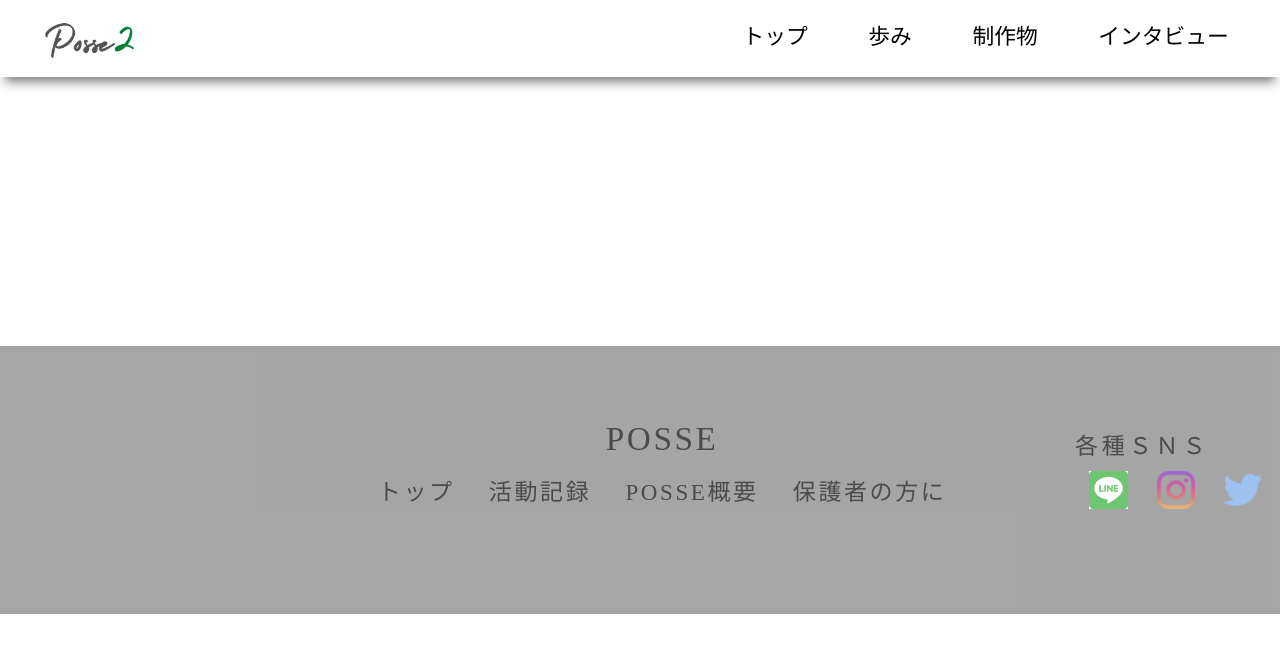
Repository: posse-ap/posse2-hackathon-202202-team2A
Page: topPage/index.html
These files come from the project's save history. The page is drawn as it stood at one moment and after the next save; the edit follows.
The browser window is 1280 px wide. The pictures show the whole page.

Above is the page before, as saved 2022-02-15 02:39:27.

### topPage/index.html
<!DOCTYPE html>
<html lang="en">

<head>
    <meta charset="UTF-8" />
    <meta http-equiv="X-UA-Compatible" content="IE=edge" />
    <meta name="viewport" content="width=device-width, initial-scale=1.0" />
    <title>Document</title>
    <link rel="stylesheet" href="/reset.css" />
    <link rel="stylesheet" href="/topPage/style.css" />
</head>

<body>
    <!-- <header id="header" class="header">
        <div class="header_content">
            <div class="header_title">
                <img src="/topPage images/S__31211608.jpg" alt="" class="header_title_img">
            </div>
            <div class="header_links">
                <ul>
                    <li><a href="">トップページ</a></li>
                    <li><a href="">活動記録</a></li>
                    <li><a href="">日常の記録</a></li>
                    <li><a href="">保護者の方へ</a></li>
                </ul>
            </div>
        </div>
    </header> -->

    <header id="header" class="header">
        <div class="header_content">
            <div class="header_title">
                <img src="/topPage images/S__31211608.jpg" alt="" class="header_title_img">
            </div>
            <!-- ①サイトタイトル -->
            <div class="nav-wrapper header_links">
                <!-- ②ナビゲーションメニュー -->
                <nav class="header-nav">
                    <ul class="nav-list">
                        <li class="nav-item">
                            <a href="">トップ</a>
                        </li>
                        <li class="nav-item">
                            <a href="">歩み</a>
                        </li>
                        <li class="nav-item">
                            <a href="">制作物</a>
                        </li>
                        <li class="nav-item">
                            <a href="">インタビュー</a>
                        </li>
                    </ul>
                </nav>
            </div>
            <button class="burger-btn">
                <!-- ③ハンバーガーボタン -->
                <span class="bar bar_top"></span>
                <span class="bar bar_mid"></span>
                <span class="bar bar_bottom"></span>
            </button>
        </div>
    </header>



    <footer class="footer">
        <div class='footer_box'>
            <div class="footer_box1">
                <div class='footer_official_box'>
                    <label for="logo"><p>POSSE</p></label>
                    <!-- <a id='logo'  href="https://posse.anti-pattern.co.jp/"><img class='posse_logo_footer' src="img\posseLogo.png" alt="ポッセロゴ"></a> -->
                </div>
                <div class='footer_other_box'>
                    <div class='footer_page_in_site'>
                        <a href="">トップ</a>
                        <a href="">活動記録</a>
                        <a href="">POSSE概要</a>
                        <a href="">保護者の方に</a>
                    </div>
                </div>
            </div>
            <div class='SNS'>
                <p>各種ＳＮＳ</p>
                <div class='SNS_box'>
                    <a href=""><img src="/topPage images/LINE.png" alt=""></a>
                    <a href="https://instagram.com/posse_programming?utm_medium=copy_link"><img src="/topPage images/instagram2.png" alt="instagram"></a>
                    <a href="https://twitter.com/posse_program?s=20"><img src="/topPage images/twitter2.png" alt="twitter"></a>
                </div>
            </div>
        </div>
    </footer>

    <script src="https://ajax.googleapis.com/ajax/libs/jquery/3.6.0/jquery.min.js"></script>
    <script src="/topPage/script.js"></script>
</body>

</html>

### topPage/style.css
html {
    font-size: 1vw;
}

body {
    text-align: center;
    margin: 0 auto;
    font-family: "ヒラギノ丸ゴ Pro W4", "ヒラギノ丸ゴ Pro", "Hiragino Maru Gothic Pro", "ヒラギノ角ゴ Pro W3", "Hiragino Kaku Gothic Pro", "HG丸ｺﾞｼｯｸM-PRO", "HGMaruGothicMPRO";
}

.header_content {
    width: 95%;
    height: 90%;
    display: flex;
    justify-content: space-between;
    opacity: 1;
    margin: 0 6rem 0.3rem 1rem;
}

.header_title {
    display: flex;
}

.header_title_img {
    display: block;
    width: 12rem;
    height: 4rem;
    opacity: 1;
}



.header_links {
    width: 40%;
    padding: 1rem 0 0 0;
}

.header_links ul {
    display: flex;
    justify-content: space-between;
}

.header_links li a {
    display: block;
    color: black;
    text-decoration: none;
    font-size: 1.7rem;
}

.header_links li a:hover {
    opacity: 0.4;
    transform: translate(0, -5px);
}


.header {
    width: 100%;
    height: 6rem;
    background: white;
    position: fixed;
    top: 0;
    left: 0;
    padding-top: 1.1rem;
    box-sizing: border-box;
    z-index: 5;
    box-shadow: 0px 10px 10px -5px rgba(0, 0, 0, 0.5);
}

.SNS_box{
    width: 150%;
}


/* -------------------- */
/* header
  /* -------------------- */
/* .header {
    align-items: center;
    background-color: #1b1310;
    border-bottom: 1px solid #fff;
    color: #fff;
    display: flex;
    height: 74px;
    justify-content: space-between;
    padding: 0 120px;
} */

/* .nav-list {

    display: flex;
} */

/* .nav-item {

    margin-right: 55px;
} */

.burger-btn {
    display: none;
}

/* ------------------ */
/* fv
  /* ------------------ */
.fv {
    align-items: center;
    background-color: #141414;
    background-image: url(../img/fv-bgi@2x.jpg);
    background-position: center;
    background-size: cover;
    display: flex;
    flex-direction: column;
    height: 90vh;
    justify-content: center;
}

/* .main-copy {
    border: 2px solid #fff;
    color: #fff;
    font-size: 50px;
    font-weight: bold;
    padding: 34px 42px;
} */

/* ------------------ */
/* about
  /* ------------------ */
.section-title {
    font-size: 36px;
    font-weight: bold;
    letter-spacing: .05em;
    margin-bottom: 70px;
    text-align: center;
}

h3 {
    font-size: 2.4rem;
    font-weight: bold;
    letter-spacing: .1em;
    line-height: 2;
    margin-bottom: 40px;
}

.section-wrapper {
    padding: 100px 10% 50px;
}

@media screen and (min-width:541px) and (max-width:1024px) {
    .header{
        height: 10rem;
    }

    .header_content{
        padding-top: 2rem;
    }

    .header_title_img{
        width: 100%;
        height: 70%;
    }

    .header_links li a{
        font-size: 2.7rem;
        margin-top: 0;
    }

    .header_links{
        width: 50%;
    }
}

@media screen and (max-width:540px) {

    /* ----------------------- */
    /* base_sp
    /* ----------------------- */
    /* デフォルトのbuttonスタイルをリセット */
    button {
        -webkit-appearance: none;
        -moz-appearance: none;
        appearance: none;
        background: transparent;
        border: 0;
        border-radius: 0;
        color: inherit;
        cursor: pointer;
        font: inherit;
        margin: 0;
        outline: none;
        padding: 0;
        vertical-align: middle;
    }

    /* ------------------ */
    /* humberger-menu */
    /* ------------------ */
    .header {
        padding: 0;
        height: 15rem;
    }

    .header_title_img{
        margin-top: 2rem;
        width: 30rem;
        height: 10rem;
    }

    /* 以下、ハンバーガーボタン */
    .burger-btn {
        display: block;
        height: 22%;
        position: relative;
        width: 20%;
        z-index: 3;
        /* codepenの挙動のため */
        background-color: transparent;
        border: none;
        margin-top: 6rem;
    }



    .bar {
        background-color: black;
        display: block;
        height: 0.1rem;
        left: 50%;
        position: absolute;
        transform: translateX(-50%);
        width: 7rem;
    }

    .bar_top {
        top: 3rem;
    }

    .bar_mid {
        top: 50%;
        transform: translate(-50%, -50%);
    }

    .bar_bottom {
        bottom: 3rem;
    }

    .burger-btn.close{
        margin-top: 8.4rem;
    }

    .burger-btn.close .bar_top {
        transform: translate(-50%,-4.3rem) rotate(45deg);
        transition: transform .3s;
    }

    .burger-btn.close .bar_mid {
        opacity: 0;
        transition: opacity .3s;
    }

    .burger-btn.close .bar_bottom {
        transform: translate(-50%, -1rem) rotate(-45deg);
        transition: transform .3s;
    }

    /* スクロール制御 */
    .noscroll {
        overflow: hidden;
    }

    /* 以下、ハンバーガーメニュー */
    .nav-wrapper {
        visibility: hidden;
        height: 100vh;
        left: 0;
        position: fixed;
        top: 0;
        width: 100vw;
        opacity: 0;
        transition: opacity .5s;
        z-index: 2;
        /*キービジュアルと.btn_triggerとの重なりの前後関係を調整*/
    }

    .header-nav {
        background-color: white;
        height: 100%;
        width: 100%;
        z-index: 2;
    }

    .header_links ul{
        display: block;
    }

    .nav-list {
        display: block;
        left: 50%;
        position: absolute;
        text-align: center;
        top: 50%;
        transform: translate(-50%, -50%);
    }

    .nav-item {
        margin-bottom: 40px;
        margin-right: 0;
    }

    .header_links li a{
        font-size: 5rem;
    }

    /* メニューオープン時 */
    .nav-wrapper.fade {
        opacity: 1;
        visibility: visible;
    }

    /* ------------------ */
    /* fv */
    /* ------------------ */
    .main-copy {
        font-size: 30px;
    }

    /* ------------------ */
    /* about */
    /* ------------------ */
    h3 {
        font-size: 20px;
        margin-bottom: 30px;
    }

    .section-wrapper {
        padding: 100px 5% 50px;
    }
}

/* ふったー */
.footer {
    background-color: grey;
    opacity: 0.7;
}

.footer_box {
    width: 75%;
    height: 15rem;
    display: flex;
    justify-content: space-around;
    padding: 6rem 0 0 0;
    position: relative;
    right: -23%;
    margin-top: 27rem;
}

.footer_official_box label p {
    color: black;
    font-size: 2.6rem;
    letter-spacing: 0.2rem;
}

.footer_official_box label p:hover {
    opacity: 0.4;
    transform: translate(0, -5px);
}

.footer_page_in_site a {
    color: black;
    text-decoration: none;
    font-size: 1.8rem;
    letter-spacing: 0.2rem;
}

.footer_page_in_site a:hover {
    opacity: 0.4;
    transform: translate(0, -5px);
}

.SNS {
    width: 14%;
}

.SNS_box a {
    margin: 1rem;
}

.SNS_box a img {
    width: 3rem;
    height: 3rem;
}

.SNS_box a :hover {
    opacity: 0.4;
    transform: translate(0, -5px);
}

.SNS p {
    color: black;
    font-size: 1.8rem;
    margin: 1rem 0;
    letter-spacing: 0.3rem;
}

/* .SNS p:hover {
    opacity: 0.4;
    transform: translate(0, -5px);
} */

.posse_logo_footer {
    width: 80%;
    height: 40%;
}

.footer_other_box {
    font-size: 1.5rem;
    letter-spacing: 0.3rem;
    margin: 2rem;
}

.footer_page_in_site a {
    margin: 0 1rem;
}

@media screen and (min-width:541px) and (max-width:1024px) {
    .footer{
        height: 30rem;
    }

    .footer_official_box label p{
        font-size: 7rem;
    }

    .SNS p{
        display: block;
        margin: 3rem auto;
        font-size: 3rem;
        white-space: nowrap
    }

    .footer_page_in_site a{
        font-size: 3rem;
    }

    .footer_box{
        display: block;
        right: -13%;
    }

    .SNS{
        margin: 0 auto;
        width: 100%;
    }


    .footer_official_box label p{
        font-size: 4rem;
    }

    .SNS_box a img {
        width: 5rem;
        height: 5rem;
    }
}


@media screen and (max-width:540px) {
    .footer_box {
        display: block;
        height: 20rem;
        margin:  20rem 0;
        right: -5%;
        width: 90%;
    }

    .footer_official_box label p{
        font-size: 10rem;
    }

    .footer_page_in_site a{
        font-size: 5rem;
        display: block;
    }

    .footer_page_in_site{
        display: block;
        line-height: 7rem;
    }

    .footer{
        height: 70rem;
    }

    .SNS{
        margin: 0 auto;
        width: 100%;
    }

    .SNS p{
        display: block;
        width: 50rem;
        margin: 3rem auto;
        font-size: 7rem;
        white-space: nowrap
    }

    .SNS_box a img {
        width: 7rem;
        height: 7rem;
    }
}

### topPage/script.js
$('.burger-btn').on('click', function () {//.btn_triggerをクリックすると
    $('.burger-btn').toggleClass('close');//.btn_triggerにcloseクラスを付与(ボタンのアニメーション)
    $('.nav-wrapper').toggleClass('fade');//.nav-wrapperに
    $('body').toggleClass('noscroll');//bodyにnoscrollクラスを付与(スクロールを固定)
});

Loaded but not shown: reset.css (common file)

After the next save:
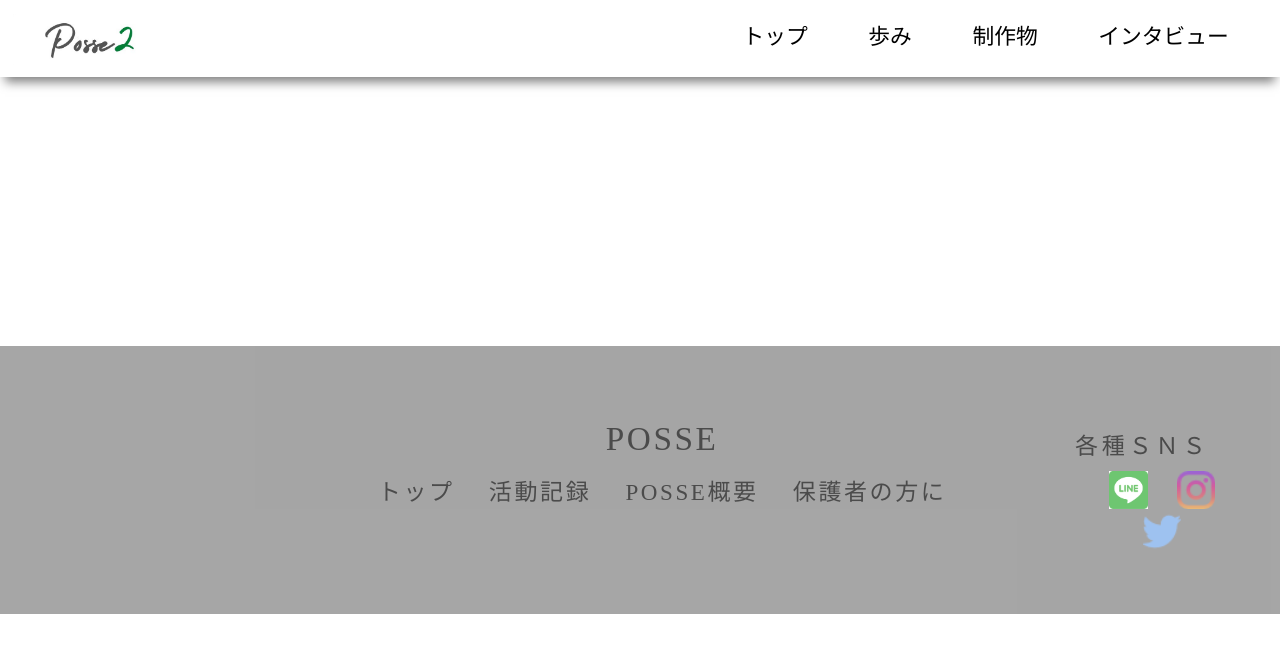
Saved 25 s later.
--- a/topPage/style.css
+++ b/topPage/style.css
@@ -67,7 +67,7 @@ body {
 }
 
 .SNS_box{
-    width: 150%;
+    width: 130%;
 }
 
 
